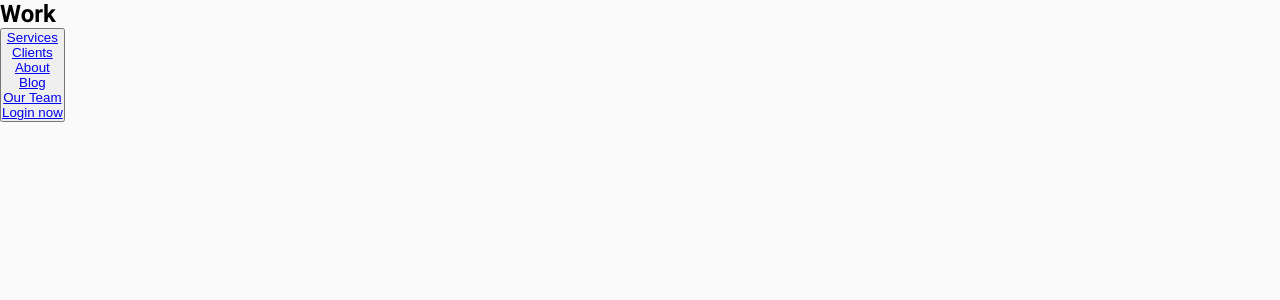
Repository: BaczkiewiczDawid/WorkER
Page: index.html
The author's editor kept a copy of each file at every save. The page is drawn from the files as they stood at one save, then again after the next save.
The browser window is 1280 px wide. The pictures show the whole page.
The style sheet was rebuilt from its Sass, Less or Tailwind sources for each picture, by a compiler version that may differ from the author's.

Above is the page before, as saved 2020-04-23 16:08:48.

After the next save:
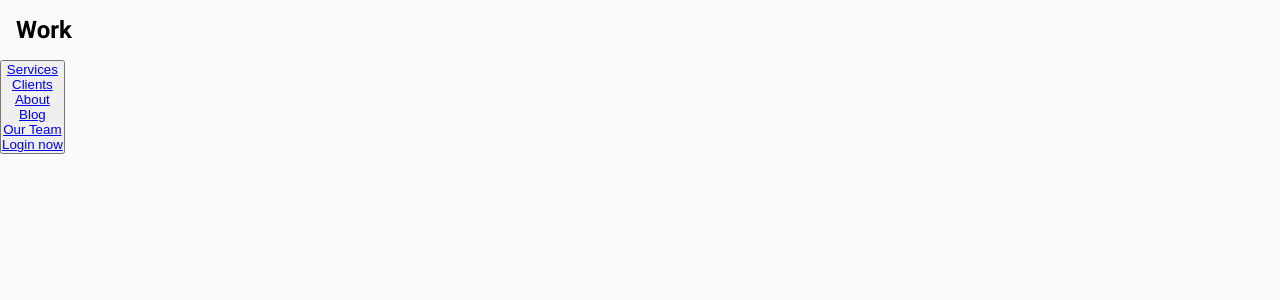
Saved 29 s later.
--- a/styles/style.scss
+++ b/styles/style.scss
@@ -10,3 +10,8 @@
     background-color: $primary-color;
     font-family: 'Roboto', sans-serif;
 }
+nav {
+    .navigation__logo {
+        padding: 1rem;
+    }
+}
